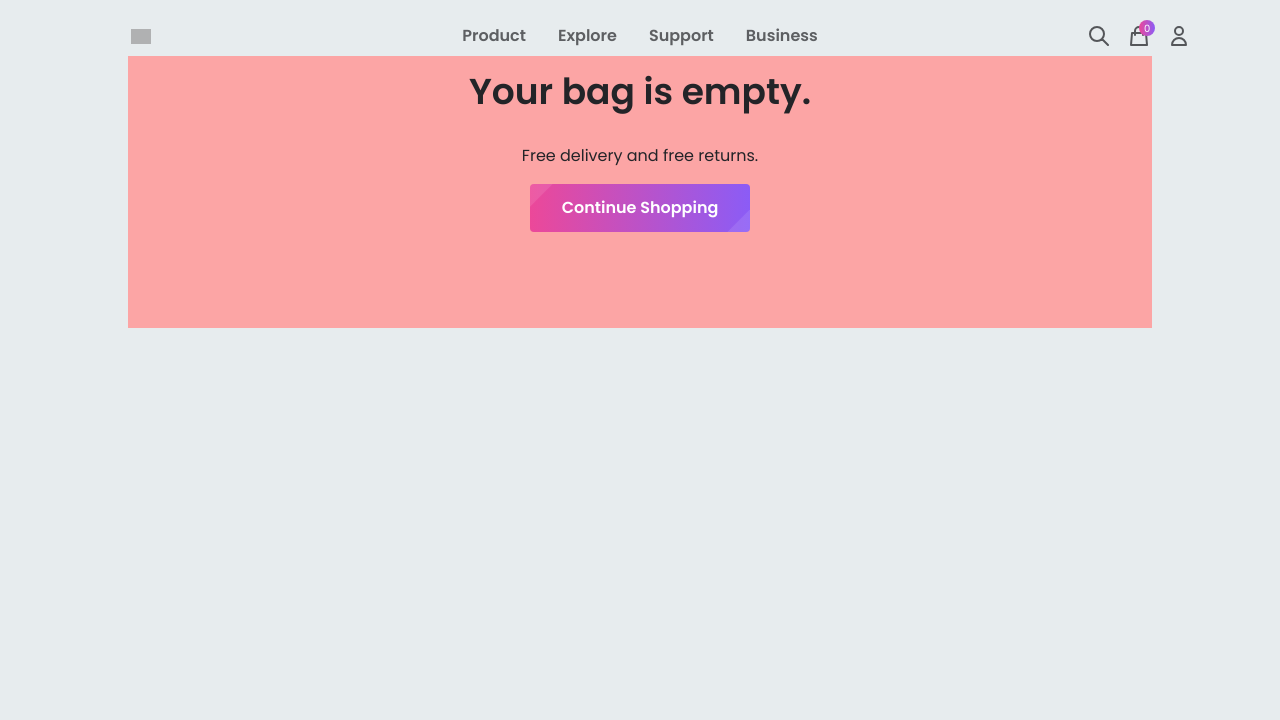
Repository: aliamini1422/semiAppleSite
Page: /checkout
These files come from the project's save history. The page is drawn as it stood at one moment and after the next save; the edit follows.
The browser window is 1280 px wide. The pictures show the whole page.
Pictures or frames that could not be fetched are drawn as grey boxes. The page's requests for data from a server got no answer. The project was rebuilt for these pictures with package versions that can differ from the ones it lists, and the page was loaded fresh each time. The framework's server and built-in components were replaced by stand-ins that run in the browser. No one was signed in, and anything a server would have sent is missing. Also part of the build but not shown: next.config.js, sanity.js, components/CheckoutProduct.tsx.

Above is the page before, as saved 2022-09-05 02:31:17.

### pages/_app.tsx
import '../styles/globals.css'
import type { AppProps } from 'next/app'
import { Provider} from "react-redux";
import { store } from "../redux/store";
import { Toaster } from "react-hot-toast";

function MyApp({ Component, pageProps }: AppProps) {
  return (
    <Provider store={store}>
      <Toaster />
      <Component {...pageProps} />
    </Provider>
  )
}

export default MyApp

### pages/checkout.tsx
import React from 'react'
import Header from '../components/Header'
import { useSelector } from 'react-redux';
import { selectBasketItems } from '../redux/basketSlice';
import { useRouter } from 'next/router';
import Button from '../components/Button';
import { useState, useEffect } from 'react';
import CheckoutProduct from '../components/CheckoutProduct';

function checkout() {
    const items = useSelector(selectBasketItems);
    const router = useRouter();
    const [groupedItemsInBasket, setGroupedItemsInBasket] = useState({} as {[key: string]: Product []});


    useEffect(()=>{
        const groupedItems = items.reduce((results, item)=>{
            (results[item._id] = results[item._id] || []).push(item);
            return results;
        },{} as {[key: string]: Product []})
        setGroupedItemsInBasket(groupedItems);
    },[items]);



  return (
    <div className='min-h-screen overflow-hidden bg-[#E7ECEE] w-full'>
        <Header />
        <main className='mx-auto bg-red-300 max-w-5xl pb-24 lg:flex lg:flex-col lg:items-center lg:flex-1'>
            <div className='px-5 '>
                <h1 className='my-4 text-3xl font-semibold lg:text-4xl'>{items.length > 0 ? "Review your bag" : "Your bag is empty."}</h1>
            </div>
            <p className='my-4'>Free delivery and free returns.</p>
            {items.length === 0 && (<Button title='Continue Shopping' onClick={()=>router.push("/")} />)}
            <div>
                {items.length > 0 && (
                    <div className='mx-5 md:mx-8'>
                        {Object.entries(groupedItemsInBasket).map(([key, items]) =>(
                            <CheckoutProduct key={key} items={items} id={key} />
                        ))}
                    </div>
                )}
            </div>
        </main>
    </div>
  )
}

export default checkout

### styles/globals.css
@import url('https://fonts.googleapis.com/css2?family=Poppins:ital,wght@0,100;0,200;0,300;0,400;0,500;0,600;0,700;0,800;0,900;1,100;1,200;1,400;1,500;1,600;1,700;1,800;1,900&display=swap');
@tailwind base;
@tailwind components;
@tailwind utilities;

@layer base{
    body{
        @apply font-body text-[#232428]
    }
}
@layer components{
    .headerLink{
        @apply cursor-pointer  font-semibold opacity-70 transition hover:opacity-100
    }
    .headerIcon{
        @apply w-6 h-6 cursor-pointer opacity-75 transition hover:opacity-100
    }
    .link{
        @apply relative cursor-pointer text-lg font-medium before:absolute before:inset-x-0 before:rounded-bl before:origin-left before:-bottom-1.5
         before:h-0.5 before:bg-black before:transform before:scale-x-0 before:transition-all before:duration-200
         hover:before:scale-x-100
    }

    .borderGradient{
        @apply text-center pb-1 bg-gradient-to-r from-[#ec4899] to-[#8b5cf6] bg-left-bottom bg-no-repeat bg-[length:100%_2px]
    }
    .tabPanel{
        @apply grid grid-cols-1 gap-8 sm:grid-cols-2 md:grid-cols-1 lg:grid-cols-2 xl:grid-cols-3
    }
}

### redux/store.ts
import { configureStore } from '@reduxjs/toolkit'
import basketReducer from './basketSlice';

export const store = configureStore({
  reducer: {
    basket: basketReducer,
  },
})

// Infer the `RootState` and `AppDispatch` types from the store itself
export type RootState = ReturnType<typeof store.getState>
// Inferred type: {posts: PostsState, comments: CommentsState, users: UsersState}
export type AppDispatch = typeof store.dispatch

### components/Header.tsx
import Image from 'next/image'
import Link from 'next/link'
import React from 'react'
import { useSelector } from 'react-redux';
import {SearchIcon, ShoppingBagIcon, UserIcon} from '@heroicons/react/outline';
import { selectBasketItems } from '../redux/basketSlice';
import { useRouter } from 'next/router';
function Header() {
  const router = useRouter();
  const items = useSelector(selectBasketItems);
  const session = false;
  return (
    <header className='sticky top-0 w-full z-30 flex items-center justify-between bg-[#E7ECEE] pt-4 px-4'>
      <div className='flex items-center justify-center md:w-1/5'>
        <Link href= "/">
          <div className='relative w-5 h-10 cursor-pointer opacity-75  transition hover:opacity-100'>
            <Image src="https://upload.wikimedia.org/wikipedia/commons/thumb/f/fa/Apple_logo_black.svg/1667px-Apple_logo_black.svg.png" layout='fill' objectFit='contain'/>
          </div>
        </Link>
      </div>
      <div className='hidden flex-1 items-center justify-center space-x-8 md:flex'>
        <a className='headerLink' href="/">Product</a>
        <a className='headerLink' href="/">Explore</a>
        <a className='headerLink' href="/">Support</a>
        <a className='headerLink' href="/">Business</a>
      </div>
      <div className='flex gap-x-4 items-center justify-center md:w-1/5'>
        <SearchIcon className='headerIcon'/>
        <div className='relative cursor-pointer'>
          <span className='absolute -right-1 -top-1 z-30 flex items-center w-4 h-4 justify-center bg-gradient-to-r from-pink-500 to-violet-500
          rounded-full text-[10px] text-white'>{items.length}</span>
          <ShoppingBagIcon className='headerIcon' onClick={()=>{router.push("/checkout")}}/>
        </div>
        {session ? (<Image src="" className='cursor-pointer rounded-full'/>): (<UserIcon className='headerIcon'/>)}
      </div>
    </header>
  )
}

export default Header

### redux/basketSlice.ts
import { createSlice } from '@reduxjs/toolkit'
import type { PayloadAction } from '@reduxjs/toolkit'
import type { RootState } from './store'
import { stat } from 'fs'

// Define a type for the slice state
interface BasketState {
  items:Product[]
}

// Define the initial state using that type
const initialState: BasketState = {
  items:[],
}

export const basketSlice = createSlice({
  name: 'basket',
  // `createSlice` will infer the state type from the `initialState` argument
  initialState,
  reducers: {
    addToBasket: (state: BasketState, action:PayloadAction<Product>) => {
      state.items = [...state.items, action.payload];
    },
    removeFromBasket: (
      state: BasketState,
      action: PayloadAction<{ id: string }>
    ) => {
      const index = state.items.findIndex(
        (item: Product) => item._id === action.payload.id
      );

      let newBasket = [...state.items];

      if (index >= 0) {
        newBasket.splice(index, 1);
      } else {
        console.log(
          `Cant remove product (id: ${action.payload.id}) as its not in basket!`
        );
      }

      state.items = newBasket;
    },
    // Use the PayloadAction type to declare the contents of `action.payload`

  },
})

export const { addToBasket, removeFromBasket } = basketSlice.actions

// Other code such as selectors can use the imported `RootState` type
export const selectBasketItems = (state: RootState) => state.basket.items;
export const selectBasketItemsWithId = (state: RootState, id:string) => {
    state.basket.items.filter((item:Product)=> item._id === id);
 };
export const selectBasketTotal = (state: RootState)=>{
    state.basket.items.reduce((total:number, item:Product)=>(total += item.price),0);
}

export default basketSlice.reducer

### components/Button.tsx
import React from 'react'

interface Props{
    title:string;
    onClick?: ()=> void;
    width?:string;
    loading?:boolean;
    padding?:string;
    noIcon?:boolean;
}


function Button({ title, onClick, width, loading, padding, noIcon }: Props) {
    return (
      <button
        className={`ease group relative z-30 box-border inline-flex ${
          width ? width : "w-auto"
        } ${padding} cursor-pointer items-center justify-center overflow-hidden rounded bg-indigo-600 bg-gradient-to-r from-pink-500 to-violet-500 px-8 py-3 font-bold text-white transition-all duration-300 focus:outline-none`}
        onClick={onClick}
      >
        <span className="absolute bottom-0 right-0 -mb-8 -mr-5 h-20 w-8 translate-x-1 rotate-45 transform bg-white opacity-10 transition-all duration-300 ease-out group-hover:translate-x-0"></span>
        <span className="absolute top-0 left-0 -mt-1 -ml-12 h-8 w-20 -translate-x-1 -rotate-45 transform bg-white opacity-10 transition-all duration-300 ease-out group-hover:translate-x-0"></span>

        <span className="relative z-20 flex items-center font-semibold">
          {noIcon && (
            <svg
              className="relative mr-2 h-5 w-5 flex-shrink-0 text-white"
              fill="none"
              stroke="currentColor"
              viewBox="0 0 24 24"
              xmlns="http://www.w3.org/2000/svg"
            >
              <path
                strokeLinecap="round"
                strokeLinejoin="round"
                strokeWidth="2"
                d="M13 10V3L4 14h7v7l9-11h-7z"
              ></path>
            </svg>
          )}
          {loading ? "Loading..." : title}
        </span>
      </button>
    );
  }

  export default Button;

### tailwind.config.js
/** @type {import('tailwindcss').Config} */
module.exports = {
  content: [
    './pages/**/*.{js,ts,jsx,tsx}',
    './components/**/*.{js,ts,jsx,tsx}',
  ],
  theme: {
    extend: {
      fontFamily :{
        body: ["Poppins", "Sans-serif"],
      }
    },
  },
  plugins: [],
}

After the next save:
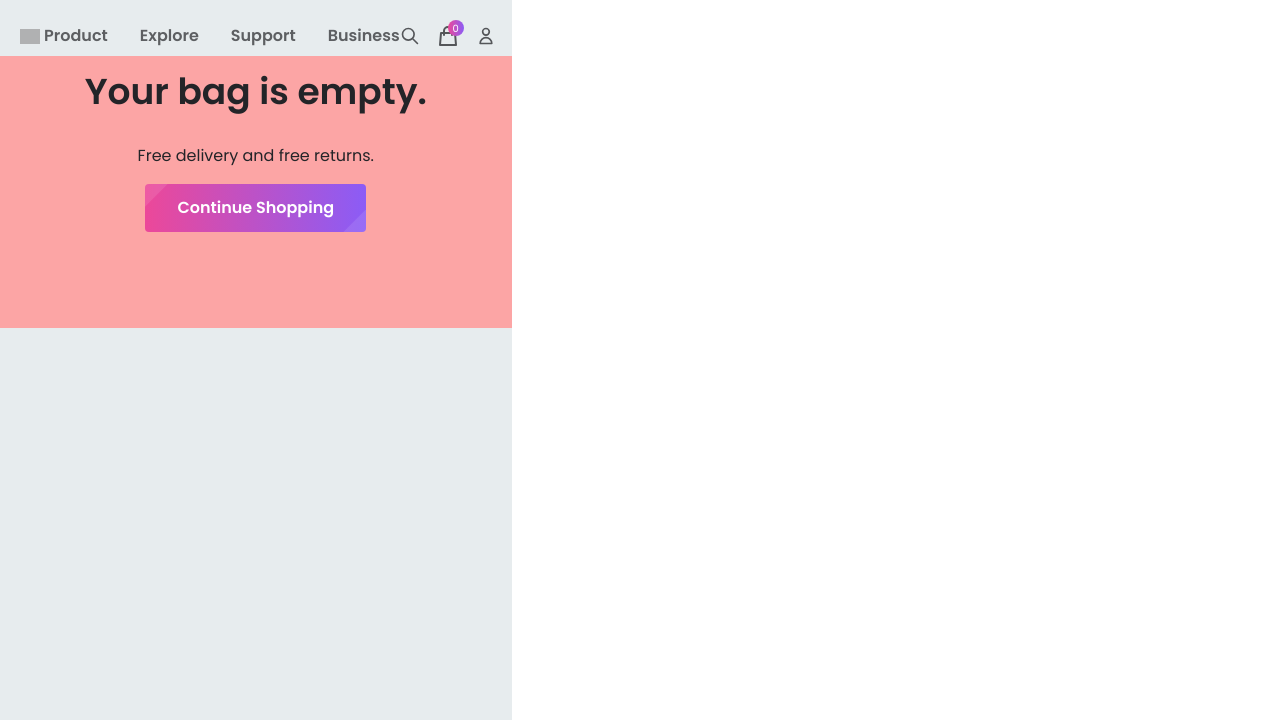
Saved 4 s later.
--- a/pages/checkout.tsx
+++ b/pages/checkout.tsx
@@ -24,7 +24,7 @@
 
 
   return (
-    <div className='min-h-screen overflow-hidden bg-[#E7ECEE] w-full'>
+    <div className='min-h-screen overflow-hidden bg-[#E7ECEE] w-fit'>
         <Header />
         <main className='mx-auto bg-red-300 max-w-5xl pb-24 lg:flex lg:flex-col lg:items-center lg:flex-1'>
             <div className='px-5 '>

After the save that followed:
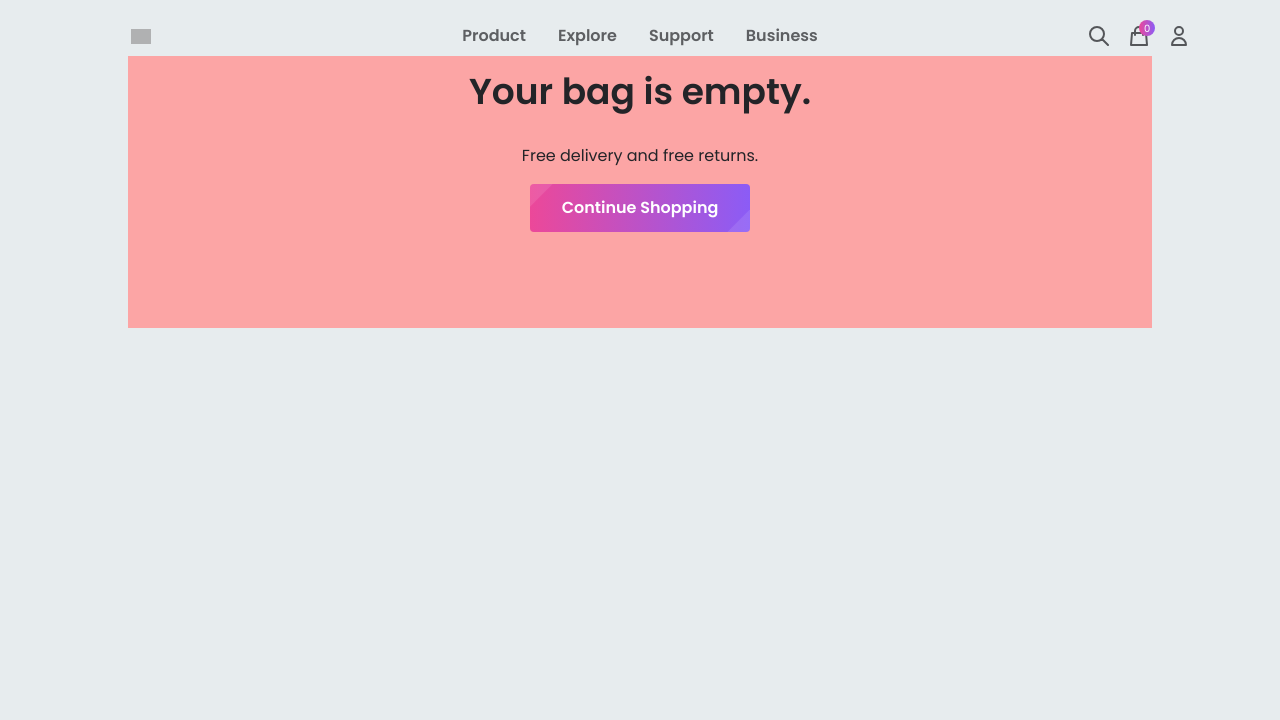
Saved 6 s later.
--- a/pages/checkout.tsx
+++ b/pages/checkout.tsx
@@ -24,7 +24,7 @@
 
 
   return (
-    <div className='min-h-screen overflow-hidden bg-[#E7ECEE] w-fit'>
+    <div className='min-h-screen overflow-hidden bg-[#E7ECEE] '>
         <Header />
         <main className='mx-auto bg-red-300 max-w-5xl pb-24 lg:flex lg:flex-col lg:items-center lg:flex-1'>
             <div className='px-5 '>
